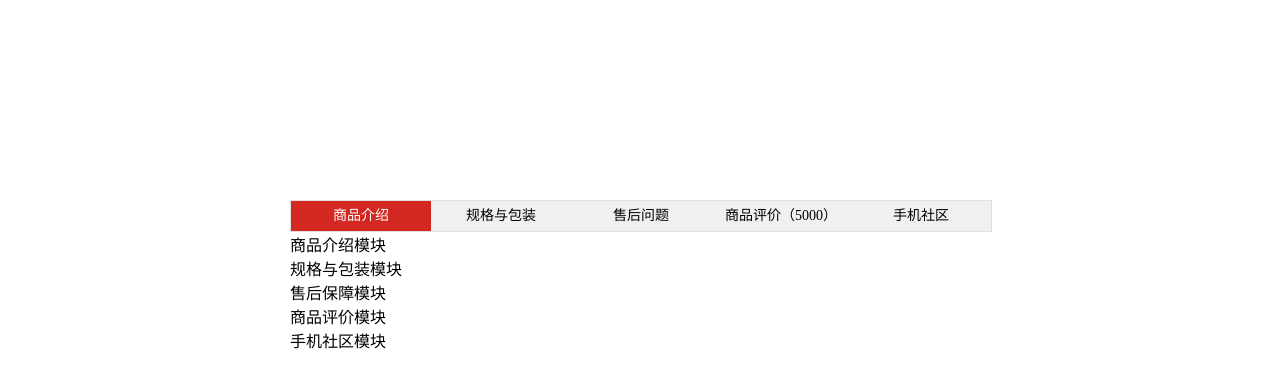
Repository: Sky0258/study
Page: js/tab案例.html
An editor plug-in stored every save of this project. The page is shown before and after the next save, followed by the edit.
The browser window is 1280 px wide. The pictures show the whole page.
After loading, the first visible `li.current` was clicked once.

Above is the page before, as saved 2022-09-10 15:40:37.

### js/tab案例.html
<!DOCTYPE html>
<html lang="en">

<head>
    <meta charset="UTF-8">
    <meta http-equiv="X-UA-Compatible" content="IE=edge">
    <meta name="viewport" content="width=device-width, initial-scale=1.0">
    <title>Document</title>
</head>
<style>
    * {
        padding: 0;
        margin: 0;
    }
    .tab {
        width: 700px;
        margin: 200px auto;
        /* border: 1px solid #e0e0e0; */
    }
    ul {
        display: flex;
        width: 100%;
        background-color: #eef1ee;
        border: 1px solid #e0e0e0;
    }
    li {
        list-style: none;
        /* border: 1px solid #e0e0e0; */
        width: 20%;
        text-align: center;
        height: 30px;
        line-height: 30px;
        font-size: 14px;
        cursor: pointer;
    }
    .current {
        background: #d32822;
        color: white;
    }
</style>
<body>
    <div class="tab">
        <ul>
            <li class="current">商品介绍</li>
            <li>规格与包装</li>
            <li>售后问题</li>
            <li>商品评价（5000）</li>
            <li>手机社区</li>
        </ul>

        <div class="item">
            <div>商品介绍模块</div>
            <div>规格与包装模块</div>
            <div>售后保障模块</div>
            <div>商品评价模块</div>
            <div>手机社区模块</div>
        </div>
    </div>

</body>
<script>
    var tabLi = document.querySelectorAll('li');

    for(var i = 0;i < tabLi.length;i++) {
        tabLi[i].setAttribute('index',i);
        tabLi[i].onclick = function() {
            for(var j = 0;j < tabLi.length;j++) {
                tabLi[j].className = '';
            }
            this.className = 'current';
            var index = this.getAttribute('index');

        }
    }
</script>
</html>

After the next save:
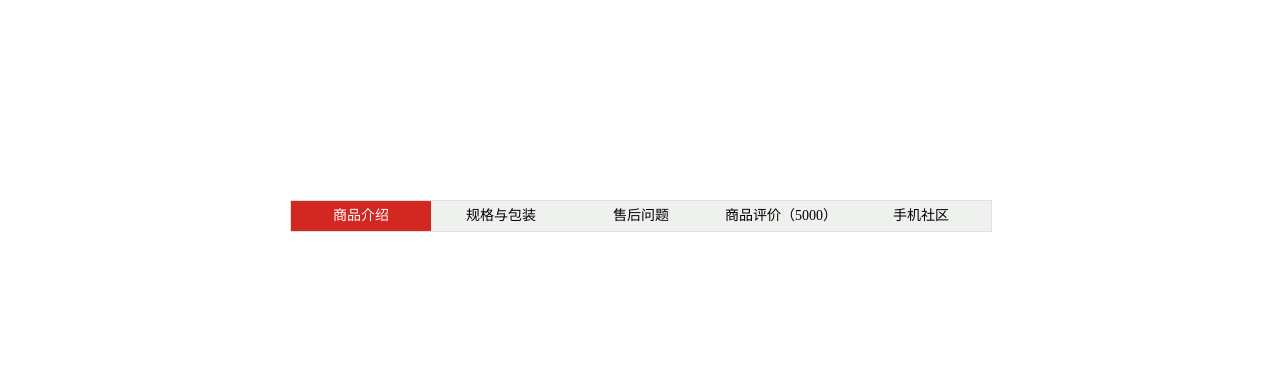
Saved 2 min 17 s later.
--- a/js/tab案例.html
+++ b/js/tab案例.html
@@ -60,6 +60,7 @@
 </body>
 <script>
     var tabLi = document.querySelectorAll('li');
+    var tabDiv = document.querySelectorAll('div');
 
     for(var i = 0;i < tabLi.length;i++) {
         tabLi[i].setAttribute('index',i);
@@ -70,6 +71,10 @@
             this.className = 'current';
             var index = this.getAttribute('index');
 
+            for(var k = 0;k <tabDiv.length;k++) {
+                tabDiv[k].style.display = 'none';
+            }
+            tabDiv[index].style.display = 'block';
         }
     }
 </script>
